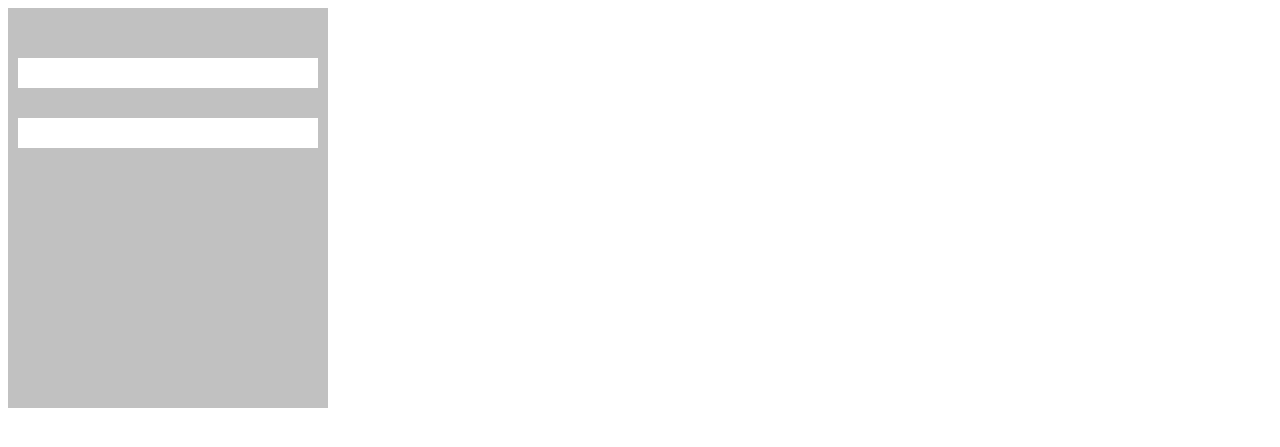
Repository: popll1/Pleiades
Page: http://localhost/jun29web/login.jsp
An editor plug-in stored every save of this project. The page is shown before and after the next save, followed by the edit.
The browser window is 1280 px wide. The pictures show the whole page.
The page is served by Tomcat 9.

Above is the page before, as saved 2023-06-29 06:24:52.

After the next save:
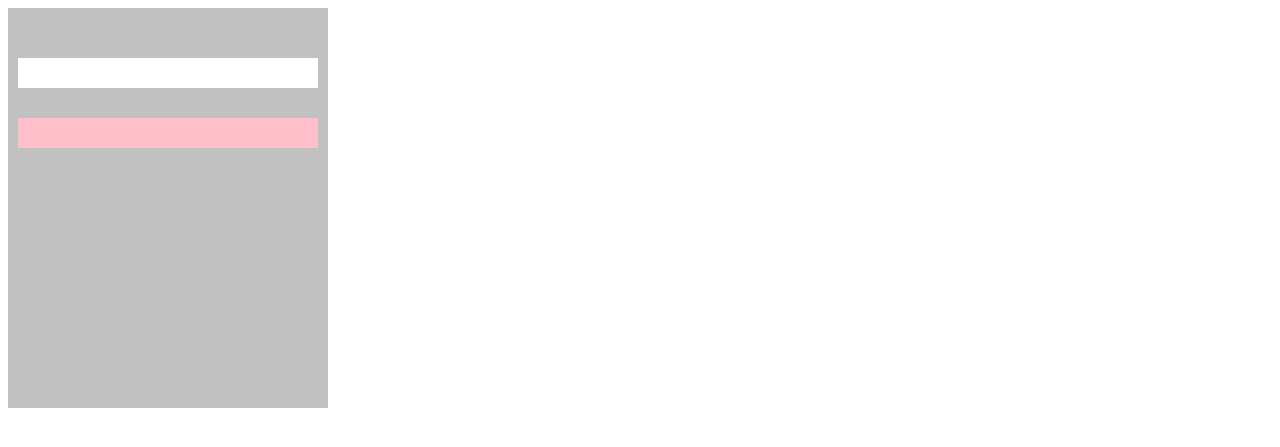
Saved 2 min 7 s later.
--- a/jun29web/src/main/webapp/login.jsp
+++ b/jun29web/src/main/webapp/login.jsp
@@ -26,6 +26,17 @@ input {
 
 
  }
+ input [type=text]{
+
+ 	background-color : yellow;
+
+ }
+ input[type = password]{
+ background-color : pink;
+ color : red;
+
+
+ }
 
 
 
